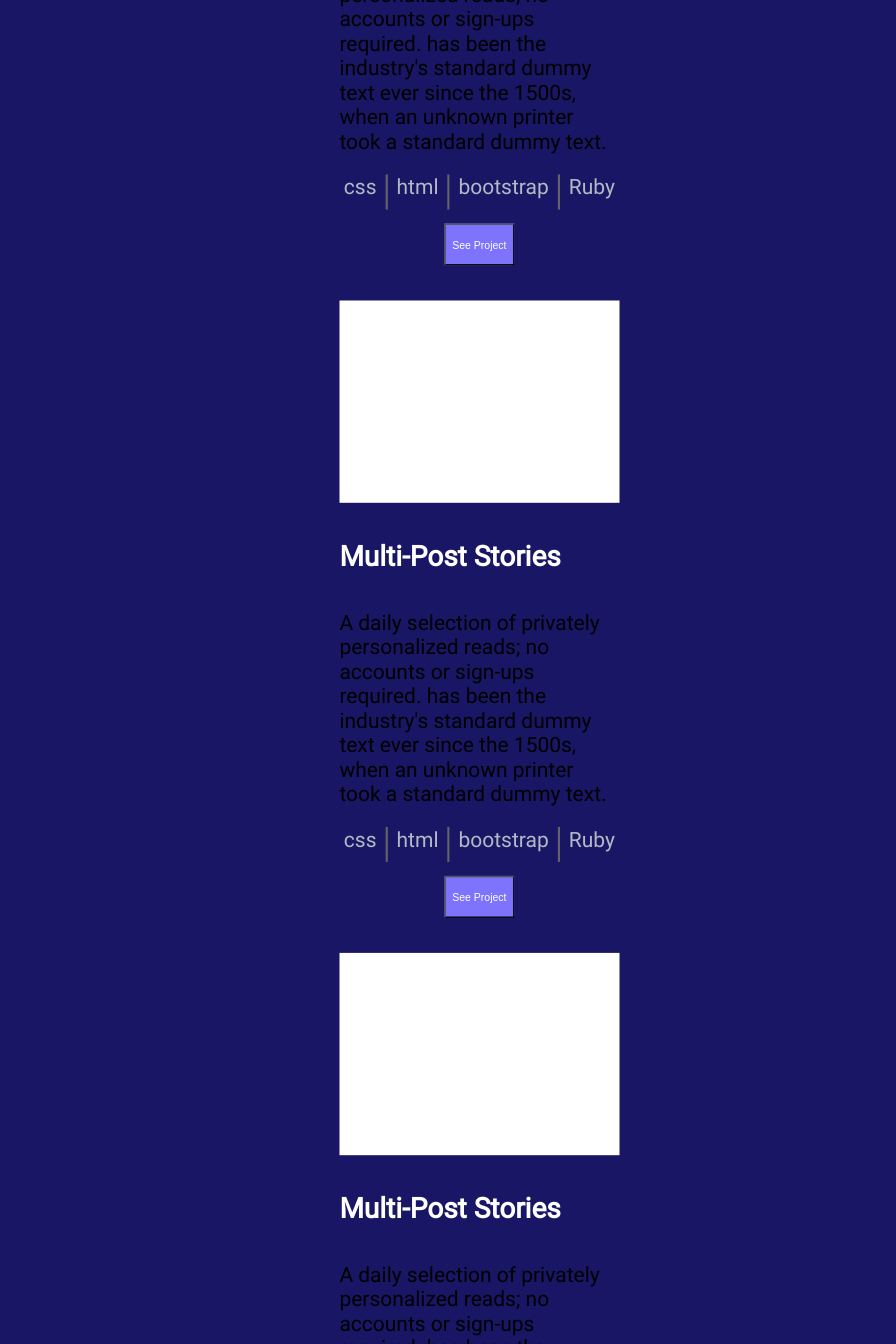
Repository: mustabbas/Portfolio
Page: index.html
These files come from the project's save history. The page is drawn as it stood at one moment and after the next save; the edit follows.
The browser window is 1280 px wide. The pictures show the part of the page from y = 1715 to 3635 px (the page is 5808 px tall), at 70% of full size.

Above is the page before, as saved 2021-08-16 19:03:34.

After the next save:
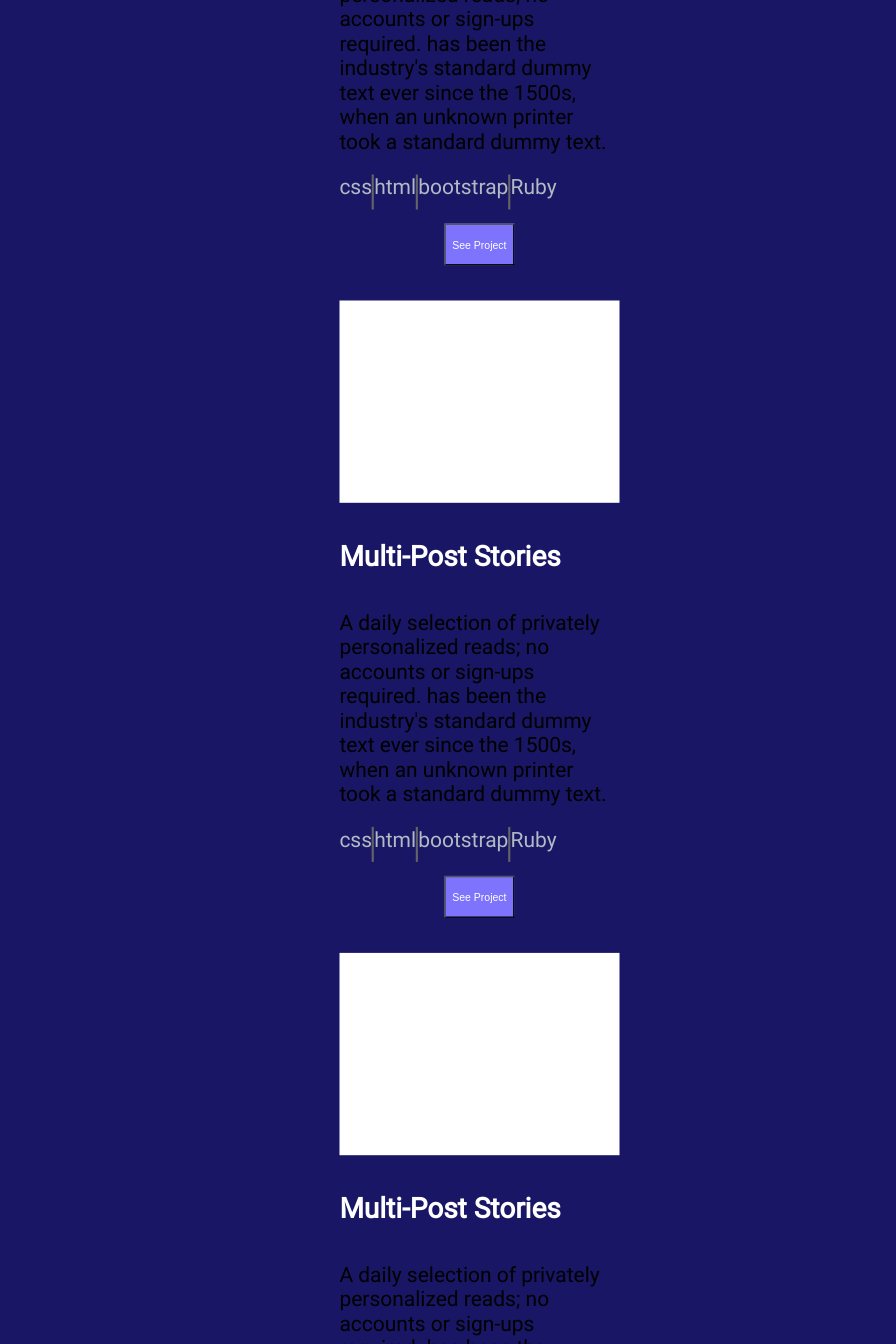
Saved 18 s later.
--- a/style.css
+++ b/style.css
@@ -225,7 +225,7 @@
 
 .card-body ul {
   display: flex;
-  justify-content: space-around;
+  /* justify-content: space-around; */
   font-size: 30px;
   /* text-align: left; */
 }

After the 2 saves that followed:
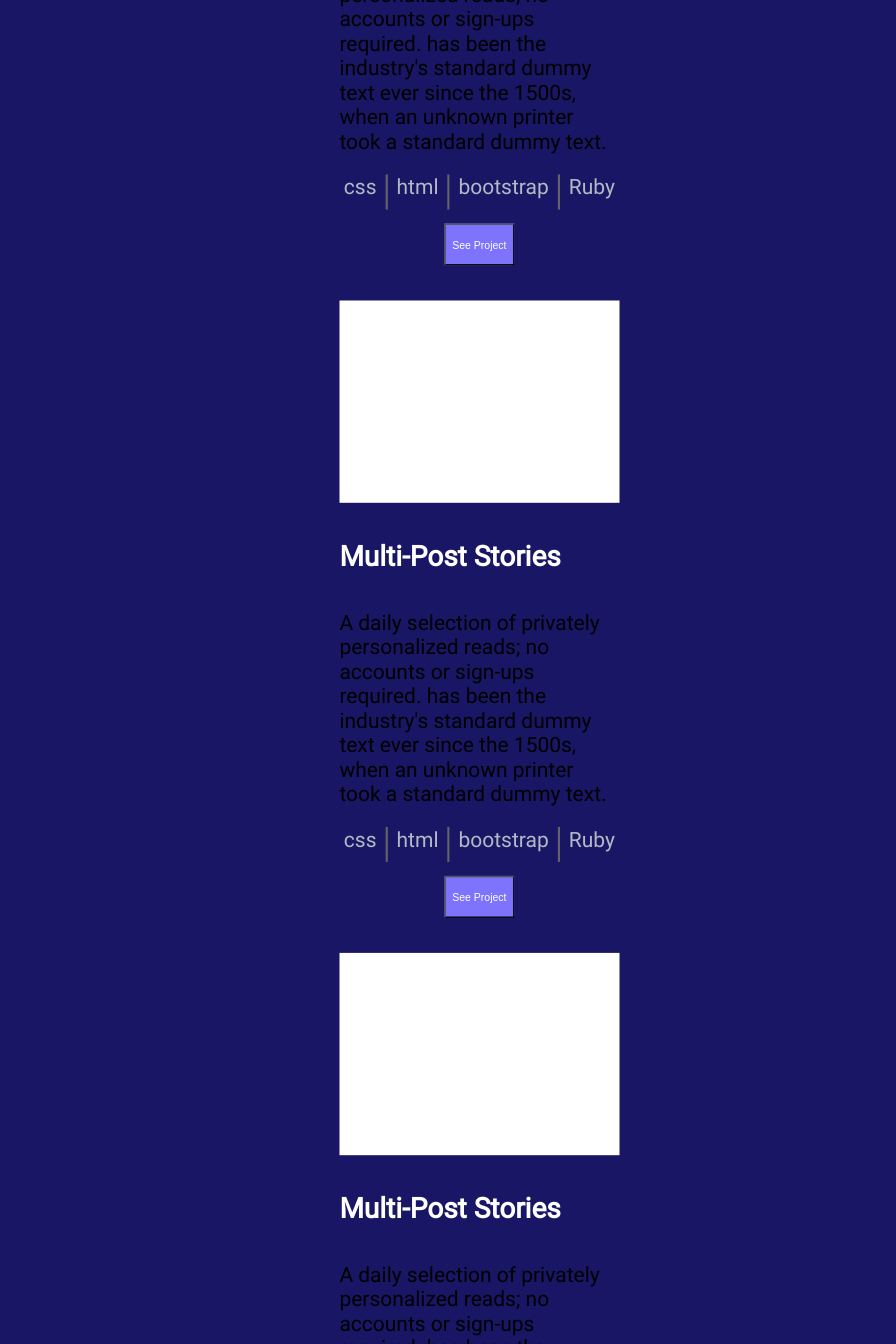
The 2 saves are shown as one change because 1 left the picture as it was.
The last was saved 54 s later.
--- a/style.css
+++ b/style.css
@@ -225,14 +225,14 @@
 
 .card-body ul {
   display: flex;
-  /* justify-content: space-around; */
+  justify-content: space-around;
   font-size: 30px;
   /* text-align: left; */
 }
 
-/* .card-body li {
+.card-body li {
    float: left;
-} */
+}
 
 .vertical-line {
   height: 50px;
